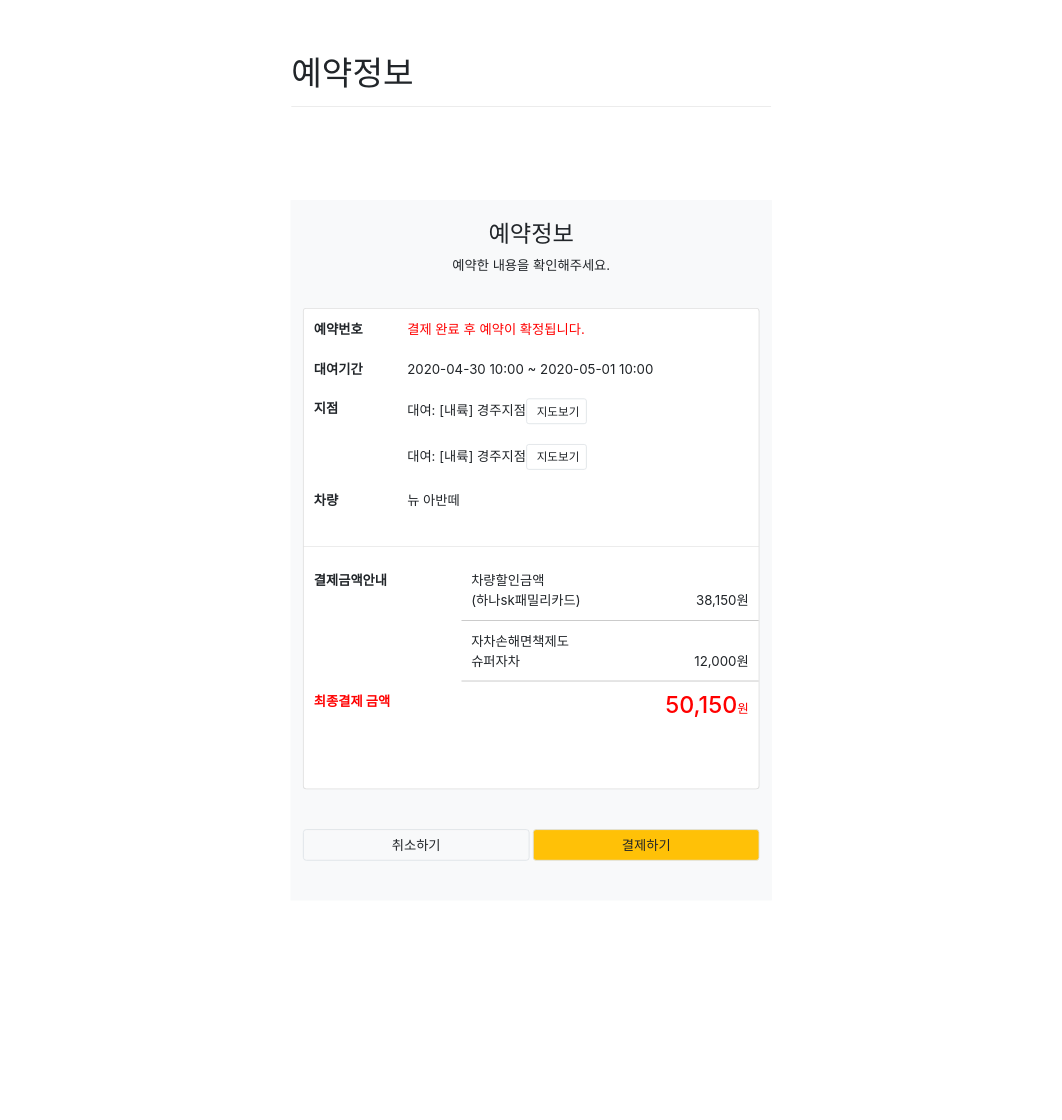
Repository: hyebinkim00/Project
Page: http://localhost/jsp/long_lent_oldcar/shortTerm_payment2.jsp
The author's editor kept a copy of each file at every save. The page is drawn from the files as they stood at one save, then again after the next save.
The browser window is 1280 px wide. The pictures show the whole page, at 83% of full size.
The page is served by Tomcat 9. Other server files are loaded and not shown. Queries for data that is not in the repository find no rows.

Above is the page before, as saved 2020-09-22 08:36:15.

### jsp/WebContent/long_lent_oldcar/shortTerm_payment2.jsp
<%@page import="java.net.URLEncoder"%>
<%@ page language="java" contentType="text/html; charset=UTF-8"
    pageEncoding="UTF-8"%>
<%@taglib prefix="c" uri="http://java.sun.com/jsp/jstl/core" %>
<%@taglib prefix="sql" uri="http://java.sun.com/jsp/jstl/sql"  %>


<%request.setCharacterEncoding("utf-8");
String id =request.getParameter("car");
String carn =request.getParameter("carn");
String price =request.getParameter("mprice");
String lent1 =request.getParameter("cntrTermMm1");
String lent2 =request.getParameter("cntrTermMm2");
String lent3 =request.getParameter("cntrTermMm3");
String lent4 =request.getParameter("cntrTermMm4");

%>

<!DOCTYPE html>
<html>
<head>
<meta charset="UTF-8">
<title>예약 정보</title>
  <link rel="stylesheet" href="https://maxcdn.bootstrapcdn.com/bootstrap/4.5.2/css/bootstrap.min.css">
  <script src="https://ajax.googleapis.com/ajax/libs/jquery/3.5.1/jquery.min.js"></script>
  <script src="https://cdnjs.cloudflare.com/ajax/libs/popper.js/1.16.0/umd/popper.min.js"></script>
  <script src="https://maxcdn.bootstrapcdn.com/bootstrap/4.5.2/js/bootstrap.min.js"></script>

</head>
<body>

<!-- 단기렌트 제목틀-->
<div class="jumbotron bg-white">
  <div class="container col-sm-6">
  <h1>예약정보</h1>
  <hr>
  </div>
</div>

<div class="container col-sm-6">
<div class="container">
<div class="container bg-light">
<br>
<div class="container text-center">
<h3>예약정보</h3>
<p>예약한 내용을 확인해주세요.</p>
</div>
<br>
<div class="card bg-white">
 <sql:setDataSource var="dataSource"
			url="jdbc:oracle:thin:@localhost:1521:XE"
			driver="oracle.jdbc.driver.OracleDriver"
			user="hr" password="hr"/>
		<sql:update dataSource="${dataSource}" var="resultSet">
	Insert into  lent(car_num,user_id,lent_term,insurance,lent_car,service,totalprice,carn) values (?,'1',?,?,?,?,?,?)
	<sql:param value="${param.car }" />
	<sql:param value="${param.cntrTermMm1 }" />
	<sql:param value="${param.cntrTermMm2 }" />
	<sql:param value="${param.cntrTermMm3 }" />
	<sql:param value="${param.cntrTermMm4 }" />
	<sql:param value="${param.mprice }" />
	<sql:param value="${param.carn }" />
</sql:update>

  <table class="table table-borderless">
      <tr>
        <th>예약번호</th>
        <td style="color: red;">결제 완료 후 예약이 확정됩니다.</td>
      </tr>
      <tr>
        <th>대여기간</th>
        <td>2020-04-30 10:00 ~ 2020-05-01 10:00</td>
      </tr>
      <tr>
        <th rowspan="2">지점 </th>
        <td>대여: [내륙] 경주지점<button class="btn btn-sm border">&nbsp;지도보기</button></td>
      </tr>
      <tr>
        <td>대여: [내륙] 경주지점<button class="btn btn-sm border">&nbsp;지도보기</button></td>
      </tr>
      <tr>
      <th>차량</th>
        <td>뉴 아반떼</td>
      </tr>
  </table>
  <hr>
  <table class="table table-borderless">
      <tr>
        <th rowspan="2">결제금액안내</th>
        <td style="border-bottom: 1px solid silver;">차량할인금액<br>(하나sk패밀리카드)<span class="float-right">38,150원</span></td>
      </tr>
      <tr>
        <td style="border-bottom: 1px solid silver;">자차손해면책제도<br>슈퍼자차<span class="float-right">12,000원</span></td>
      </tr>
      <tr style="color: red;">
    	 <th>최종결제 금액</th>
        <td class="float-right"><h3>50,150<span style="font-size: 15px;">원</span></h3></td>
      </tr>
  </table>
  <br>
  <br>
  </div>
  <br>
  <br>
  <div class="container" align="center">
  <div class="row" align="center">
  	<button class="col btn border btn-light">취소하기</button>&nbsp;<!-- 메인페이지로 -->
  	<button class="col btn border bg-warning" onclick="location.href='shortTerm_payment_completed.jsp'">결제하기</button>
  </div>
  </div>
  <br>
  <br>
  </div>
  </div><!-- table container -->
  </div>
<br>
<br>
<br>
<br>
<br>
<br>
<br>
<br>
<br>
<br>
<br>
</body>
</html>

After the next save:
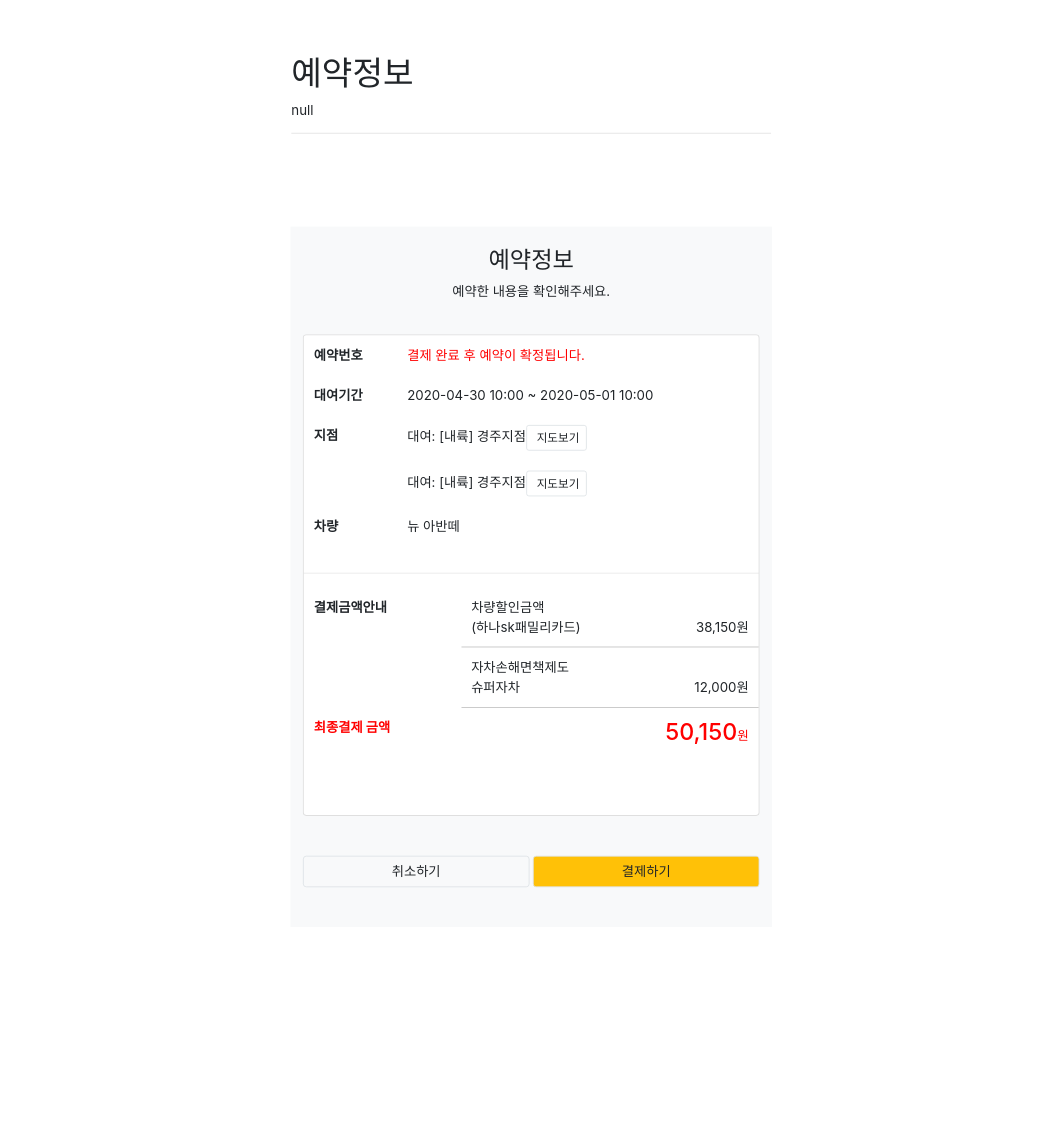
Saved 2 h 23 min later.
--- a/jsp/WebContent/long_lent_oldcar/shortTerm_payment2.jsp
+++ b/jsp/WebContent/long_lent_oldcar/shortTerm_payment2.jsp
@@ -10,11 +10,12 @@ String id =request.getParameter("car");
 String carn =request.getParameter("carn");
 String price =request.getParameter("mprice");
 String lent1 =request.getParameter("cntrTermMm1");
-String lent2 =request.getParameter("cntrTermMm2");
+String lent2 =request.getParameter("parpa");
 String lent3 =request.getParameter("cntrTermMm3");
 String lent4 =request.getParameter("cntrTermMm4");
 
 %>
+
 
 <!DOCTYPE html>
 <html>
@@ -33,6 +34,7 @@ String lent4 =request.getParameter("cntrTermMm4");
 <div class="jumbotron bg-white">
   <div class="container col-sm-6">
   <h1>예약정보</h1>
+  <%=lent2 %>
   <hr>
   </div>
 </div>
@@ -55,7 +57,7 @@ String lent4 =request.getParameter("cntrTermMm4");
 	Insert into  lent(car_num,user_id,lent_term,insurance,lent_car,service,totalprice,carn) values (?,'1',?,?,?,?,?,?)
 	<sql:param value="${param.car }" />
 	<sql:param value="${param.cntrTermMm1 }" />
-	<sql:param value="${param.cntrTermMm2 }" />
+	<sql:param value="${param.parpa }" />
 	<sql:param value="${param.cntrTermMm3 }" />
 	<sql:param value="${param.cntrTermMm4 }" />
 	<sql:param value="${param.mprice }" />
